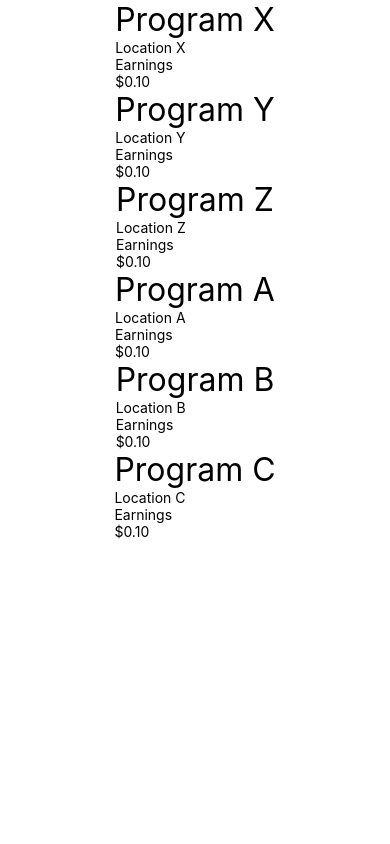
Repository: ct-pham/COMP4511
Screen: / (app in comp4511/)
The author's editor kept a copy of each file at every save. The screen is drawn from the files as they stood at one save, then again after the next save.
The app was drawn by React Native's web renderer in a window 390 px wide. The project was rebuilt for these pictures with package versions that can differ from the ones it lists, and the page was loaded fresh each time. Also part of the build but not shown: comp4511/Components/Homepage.js, comp4511/Components/AllEarnings.js, comp4511/Components/ProgramEarnings.js, comp4511/Components/Register.js, comp4511/Components/Login.js.

Above is the screen before, as saved 2022-11-09 18:40:37.

### comp4511/App.js
import React, {useState} from 'react';
import { StatusBar } from 'expo-status-bar';
import { StyleSheet, Text, View } from 'react-native';
import { NavigationContainer } from '@react-navigation/native';
import { createNativeStackNavigator } from '@react-navigation/native-stack';
import Homepage from './Components/Homepage';
import AllEarnings from './Components/AllEarnings';
import ProgramEarnings from './Components/ProgramEarnings';
import Register from './Components/Register';
import Login from './Components/Login';
import Compare from './Components/compareProgram/Compare';

const Stack = createNativeStackNavigator();


export default function App() {
  return (
    // <NavigationContainer>
    //   <Stack.Navigator>
    //     <Stack.Screen name="Register" component={Register} />
    //     <Stack.Screen name="Login" component={Login} />
    //     <Stack.Screen name="Home" component={Homepage}/>
    //     <Stack.Screen name="AllEarnings" component={AllEarnings}/>
    //     <Stack.Screen name="ProgramEarnings" component={ProgramEarnings}/>
    //   </Stack.Navigator>
    // </NavigationContainer>
    <Compare/>
  );
}

### comp4511/Components/compareProgram/Compare.js
import {
    StyleSheet,
    Text,
    SafeAreaView,
    statusBar,
    FlatList,
} from 'react-native';
import Items from './Items';

import ProgramDetails from './ProgramDetails';

export default function Compare() {
    return (
        <SafeAreaView style={styles.container}>
            <FlatList
                data = {ProgramDetails}
                renderItem={({ item }) => <Items item = {item} />}
                showsVerticalScrollIndicator

            />
        </SafeAreaView>
    );
}

const styles = StyleSheet.create({

});

### comp4511/Components/compareProgram/Items.js
import {
    View,
    Text,
    StyleSheet,
    Image,
    useWindowDimensions,
    TouchableOpacity,
    StatusBar,
} from 'react-native';
import { useState } from 'react';


export default function Items ({item}) {

    const { width } = useWindowDimensions();
    return (
        <View style={ [styles.container, { width }]}>
            <View style = {styles.programContainer}>
                <Text style = {styles.title}>{item.title}</Text>
                <Text style = {styles.location}>{item.location}</Text>

                <View>
                    <Text style = {styles.Earnings}>{item.Earning}</Text>
                    <Text style = {styles.Total}>{item.Total}</Text>

                </View>
            </View>

        </View>
    )
}

const styles = StyleSheet.create({
    container: {
        flex: 1,
        marginTop: StatusBar.currentHeight || 0,

        alignItems: 'center',
      },
      item: {
        padding: 20,
        marginVertical: 8,
        marginHorizontal: 16,
      },
      title: {
        fontSize: 32,
      },
});

### comp4511/Components/compareProgram/ProgramDetails.js
export default [
    {
        id: '1',
        title: 'Program X',
        location: 'Location X',
        Earning: 'Earnings',
        Total: '$0.10',

    },
    {
        id: '2',
        title: 'Program Y',
        location: 'Location Y',
        Earning: 'Earnings',
        Total: '$0.10',

    },
    {
        id: '3',
        title: 'Program Z',
        location: 'Location Z',
        Earning: 'Earnings',
        Total: '$0.10',

    },
    {
        id: '4',
        title: 'Program A',
        location: 'Location A',
        Earning: 'Earnings',
        Total: '$0.10',

    },
    {
        id: '5',
        title: 'Program B',
        location: 'Location B',
        Earning: 'Earnings',
        Total: '$0.10',

    },
    {
        id: '6',
        title: 'Program C',
        location: 'Location C',
        Earning: 'Earnings',
        Total: '$0.10',
    }

]

After the next save:
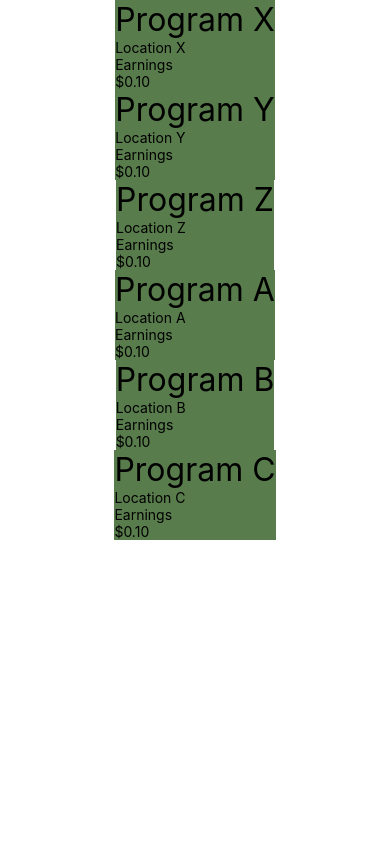
Saved 83 s later.
--- a/comp4511/Components/compareProgram/Items.js
+++ b/comp4511/Components/compareProgram/Items.js
@@ -37,12 +37,15 @@ const styles = StyleSheet.create({
 
         alignItems: 'center',
       },
-      item: {
+    item: {
         padding: 20,
         marginVertical: 8,
         marginHorizontal: 16,
       },
-      title: {
+    title: {
         fontSize: 32,
       },
+    programContainer: {
+        backgroundColor: '#587C4B',
+    },
 });
